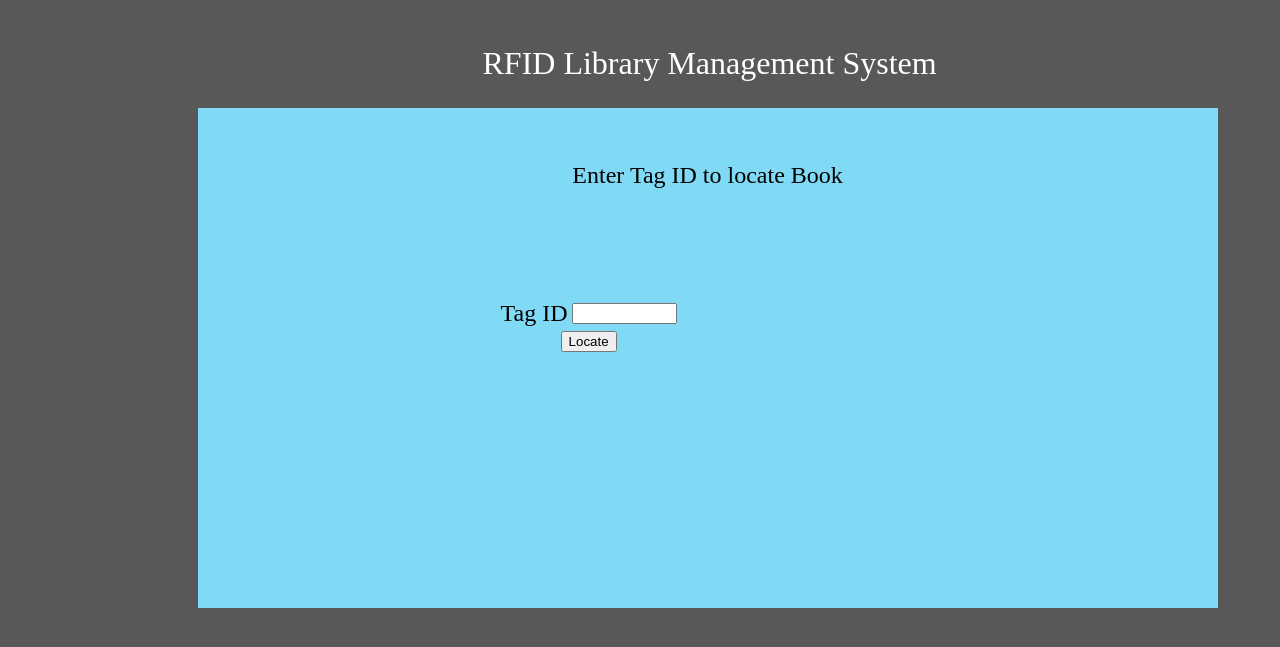
Repository: vigineshs/A-Smart-Data-Analyzer-for-Library-Management-System
Page: http://localhost/librarymgmt/locate.jsp
These files come from the project's save history. The page is drawn as it stood at one moment and after the next save; the edit follows.
The browser window is 1280 px wide. The pictures show the whole page.
The page is served by Tomcat 9.

Above is the page before, as saved 2013-02-10 12:11:32.

After the next save:
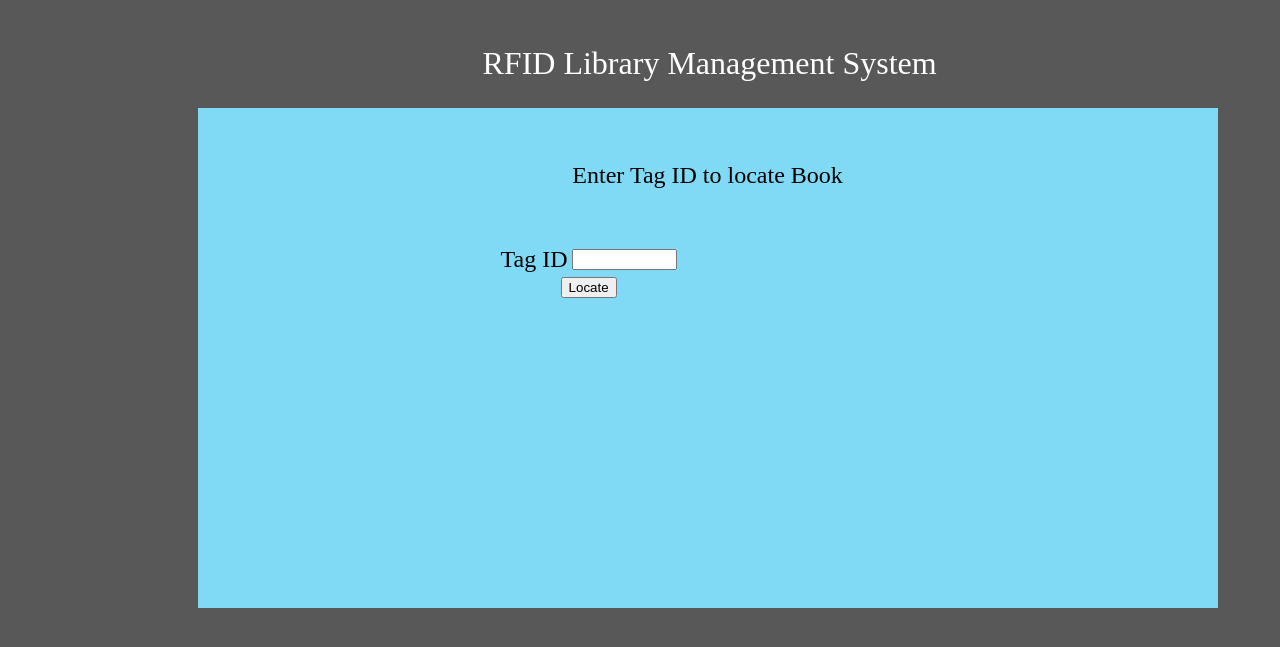
Saved 10 s later.
--- a/PassiveRFID/CS203-Version 1.0.6/Demo Applications/Dot Net C#/Demo Applications Source Code/RFID/librarymgmt/WebContent/locate.jsp
+++ b/PassiveRFID/CS203-Version 1.0.6/Demo Applications/Dot Net C#/Demo Applications Source Code/RFID/librarymgmt/WebContent/locate.jsp
@@ -29,7 +29,7 @@ Enter Tag ID to locate Book</center>
 
 	</div>
 	<div id="rcon">
-	<form method=GET action="http://localhost:8080/librarymgmt/location.jsp" onsubmit="return validateForm()" name=f1  ><br/><br/><br/><br/>
+	<form method=GET action="http://localhost:8080/librarymgmt/location.jsp" onsubmit="return validateForm()" name=f1  ><br/><br/>
 <table>
 <tr><td>Tag ID</td><td><input type=text size=10 name="tag" /></td></tr>
 <tr  ><td colspan="2"><center><input type=submit value=Locate /></center></td></tr>
